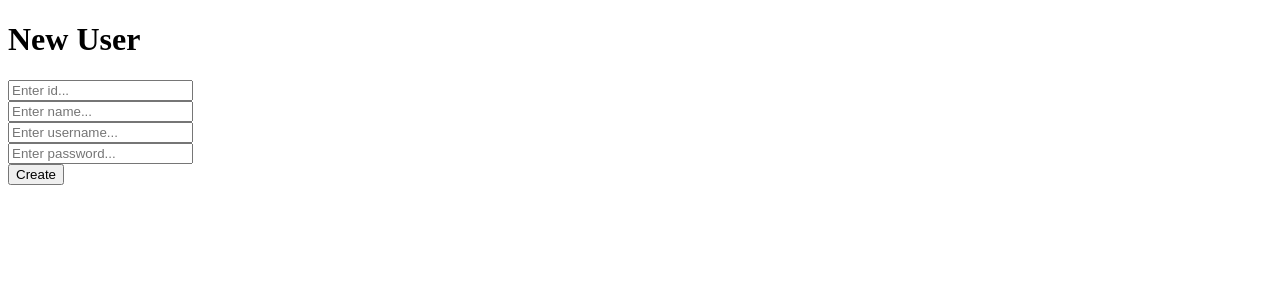
Repository: kyhuyho/jsp-servlet-manage-user-basic
Page: http://localhost/manageuser/views/user-edit.jsp
The author's editor kept a copy of each file at every save. The page is drawn from the files as they stood at one save, then again after a run of saves.
The browser window is 1280 px wide. The pictures show the whole page.
The page is served by Tomcat 9.

Above is the page before, as saved 2023-09-26 12:42:15.

After the next 2 saves:
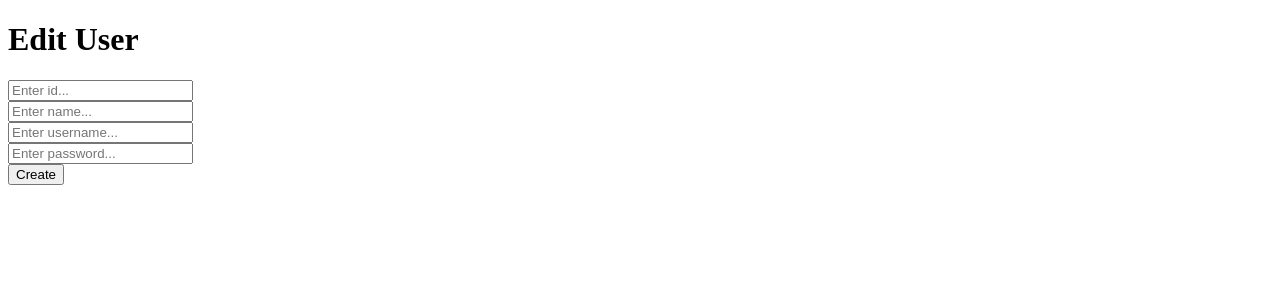
The 2 saves are shown as one change because they came seconds apart.
The last was saved 70 s later.
--- a/manageuser/src/main/webapp/views/user-edit.jsp
+++ b/manageuser/src/main/webapp/views/user-edit.jsp
@@ -7,7 +7,8 @@
 <title>User Edit</title>
 </head>
 <body>
-<h1>New User</h1>
+<% %>
+<h1>Edit User</h1>
 
 	<form action="/manageuser/user/new" method="post">
 		<div>
